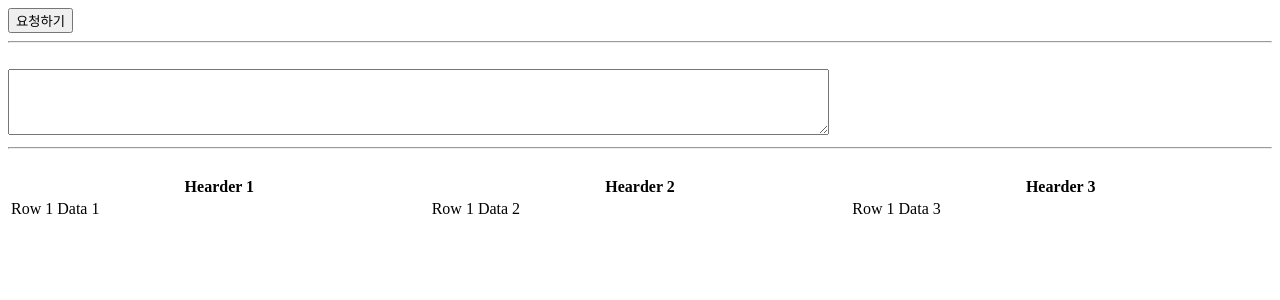
Repository: KYJIN1024/kic_jquery
Page: http://localhost/AjaxEx01/ajax05.jsp
The author's editor kept a copy of each file at every save. The page is drawn from the files as they stood at one save, then again after the next save.
The browser window is 1280 px wide. The pictures show the whole page.
The page is served by Tomcat 9.

Above is the page before, as saved 2023-05-12 05:32:55.
Console error: TypeError: Cannot set properties of null (setting 'onclick')

### AjaxEx01/src/main/webapp/ajax05.jsp
<%@ page language="java" contentType="text/html; charset=UTF-8"
    pageEncoding="UTF-8"%>
<!DOCTYPE html>
<html>
<head>
<meta charset="UTF-8">
<title>Insert title here</title>
<script>
	window.onload = function() {
		document.getElementById( 'btn1' ).onclick = function() {
			//alert( '버튼 클릭' );


			const request = new XMLHttpRequest();
			request.open( 'get', 'csv1.jsp', true );
			request.send();

			console.log( request.responseText );


		};

		document.getElementById( 'btn2' ).onclick = function() {
			//alert( '버튼 클릭' );

			console.log( "1" );
			request.onreadystatechange = function() {
				console.log( request.readyState );
				if( request.readyState == 4 ) {
					if( request.status == 200 ){
						//console.log("2");
						//console.log( request.responseText );
						document.getElementById( 'ta' ).value = request.responseText;

						const data = request.responseText.trim();
						const rowdatas = data.split( '\n' );

						//console.log( rowdatas.length );
						//console.log( rowdatas[0] );

						let result = '<table border="1">';
						for( let i=0 ; i< rowdatas.length ; i++){
							let coldatas = rowdatas[i].split( ',' );
							result += '<tr>';
							result += '<td>' + coldatas[0] + '</td>';
							result += '<td>' + coldatas[1] + '</td>';
							result += '<td>' + coldatas[2] + '</td>';
							result += '<td>' + coldatas[3] + '</td>';
							result += '</tr>';
						}
						result += '</table>';

						console.log( result );

						} else {
						alert( "페이지 오류 " );
					}
				}
			};
			request.open( 'get', 'csv1.jsp', true );
			request.send();

			console.log("3")
			//console.log( request.responseText );


		};
	};
</script>
</head>
<body>

<button id="btn" >요청하기</button>
<br /><hr /><br />
<textarea id="ta" rows="4" cols="100" ></textarea>
<br /><hr /><br />
<div id="result">
</div>
<table id="table" style="width:100%">
	<tr>
		<th>Hearder 1</th>
		<th>Hearder 2</th>
		<th>Hearder 3</th>
	</tr>
	<tr>
		<td>Row 1 Data 1</td>
		<td>Row 1 Data 2</td>
		<td>Row 1 Data 3</td>
	</tr>
</table>


</body>
</html>

After the next save:
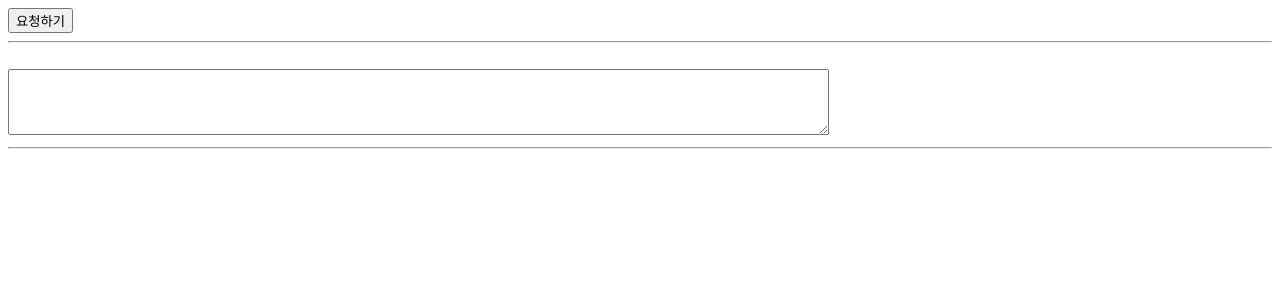
Saved 29 s later.
--- a/AjaxEx01/src/main/webapp/ajax05.jsp
+++ b/AjaxEx01/src/main/webapp/ajax05.jsp
@@ -76,19 +76,5 @@
 <br /><hr /><br />
 <div id="result">
 </div>
-<table id="table" style="width:100%">
-	<tr>
-		<th>Hearder 1</th>
-		<th>Hearder 2</th>
-		<th>Hearder 3</th>
-	</tr>
-	<tr>
-		<td>Row 1 Data 1</td>
-		<td>Row 1 Data 2</td>
-		<td>Row 1 Data 3</td>
-	</tr>
-</table>
-
-
 </body>
 </html>
